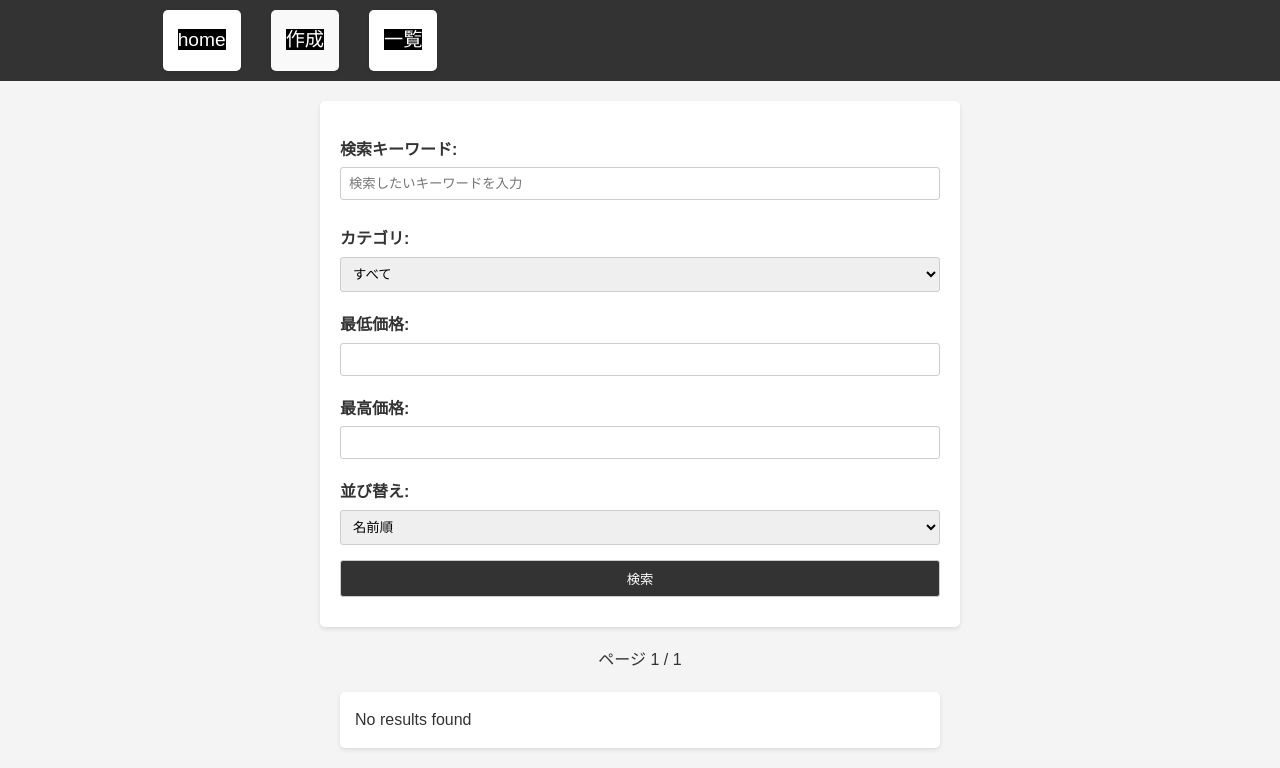
Repository: mamesuke7274/2024_kouki_kuwayamasyoutarou
Page: http://localhost/
An editor plug-in stored every save of this project. The page is shown before and after the next save, followed by the edit.
The browser window is 1280 px wide. The pictures show the whole page.
The page is served by the project's application, run on Django 4.2 (manage.py). Other server files are loaded and not shown. Queries for data that is not in the repository find no rows.

Above is the page before, as saved 2024-10-26 10:53:33.

### search_app/views.py
from django.shortcuts import render, get_object_or_404, redirect
from .models import Product, Category
from .forms import ProductForm, SearchForm
from django.core.paginator import Paginator

def product_create(request):
    if request.method == 'POST':
        form = ProductForm(request.POST)
        if form.is_valid():
            form.save()
            return redirect('product_list')
    else:
        form = ProductForm()
    return render(request, 'product_form.html', {'form': form})

def product_detail(request, pk):
    product = get_object_or_404(Product, pk=pk)

    return render(request, 'product_detail.html', {'product': product})

def product_update(request, pk):
    product = get_object_or_404(Product, pk=pk)
    if request.method == 'POST':
        form = ProductForm(request.POST, instance=product)
        if form.is_valid():
            form.save()
            return redirect('product_detail', pk=product.pk)
    else:
        form = ProductForm(instance=product)
    # product オブジェクトをテンプレートに渡す
    return  render(request,  'product_form.html',  {'form':  form,  'product': product})

def product_delete(request, pk):
    product = get_object_or_404(Product, pk=pk)
    if request.method == 'POST':
        product.delete()
        return redirect('product_list')
    return render(request, 'product_confirm_delete.html', {'product': product})

def product_list(request):
    products = Product.objects.all()
    print(products)
    return render(request, 'product_list.html', {'products': products})

def search_view(request):
    form = SearchForm(request.GET or None)
    results = Product.objects.all()  # クエリセットの初期化
    if form.is_valid():
        query = form.cleaned_data['query']
        if query:
            results = results.filter(name__icontains=query)
    # カテゴリフィルタリング
    category_name = request.GET.get('category')
    if category_name:
        try:
            # カテゴリ名に基づいてカテゴリIDを取得
            category = Category.objects.get(name=category_name)
            results = results.filter(category_id=category.id)
        except Category.DoesNotExist:
            results = results.none() # 存在しないカテゴリの場合、結果を空にする
            category = None

    # 価格のフィルタリング（最低価格・最高価格）
    min_price = request.GET.get('min_price')
    max_price = request.GET.get('max_price')
    if min_price:
        results = results.filter(price__gte=min_price)
    if max_price:
        results = results.filter(price__lte=max_price)

    # 並び替え処理
    sort_by = request.GET.get('sort', 'name')
    if sort_by == 'price_asc':
        results = results.order_by('price')
    elif sort_by == 'price_desc':
        results = results.order_by('-price')

    # クエリセットをリストに変換せず、直接Paginatorに渡す
    paginator = Paginator(results, 10)
    page_number = request.GET.get('page')
    page_obj = paginator.get_page(page_number)

    return render(request, 'search.html', {'form': form, 'page_obj': page_obj, 'results': results})

### search_app/templatetags/custom_filters.py
from django import template

register = template.Library()

@register.filter
def to(value):
    try:
        return range(1, value + 1)
    except TypeError:
        return []

### search_app/templates/search.html
<!DOCTYPE html>
<html lang="en">

<head>
    <meta charset="UTF-8">
    <meta name="viewport" content="width=device-width, initial-scale=1.0">
    <title>search_app</title>
</head>

<body>
    <style>
        /* 全体の基本スタイル */
        body {
            font-family: Arial, sans-serif;
            line-height: 1.6;
            margin: 0;
            padding: 0;
            background-color: #f4f4f4;
            color: #333;
        }

        header {
            background-color: #333;
            color: #fff;
            padding: 10px 0;
        }

        nav ul {
            list-style: none;
            padding: 0;
            display: flex;
            justify-content: center;
            margin: 0;
        }

        nav ul li {
            margin: 0 15px;
        }

        nav ul li a {
            color: #fff;
            text-decoration: none;
            font-size: 1.2em;
            transition: color 0.3s;
        }

        nav ul li a:hover {
            color: #ddd;
        }

        /* フォームスタイル */
        form {
            background: #fff;
            padding: 20px;
            margin: 20px auto;
            max-width: 600px;
            border-radius: 5px;
            box-shadow: 0 2px 4px rgba(0, 0, 0, 0.1);
        }

        form label {
            display: block;
            margin-top: 10px;
            font-weight: bold;
        }

        form input,
        form select,
        form button {
            width: 100%;
            padding: 8px;
            margin-top: 5px;
            margin-bottom: 10px;
            border: 1px solid #ccc;
            border-radius: 3px;
            box-sizing: border-box;
        }

        form button {
            background-color: #333;
            color: #fff;
            cursor: pointer;
            transition: background-color 0.3s;
        }

        form button:hover {
            background-color: #555;
        }

        /* ページネーションスタイル */
        .pagination {
            text-align: center;
            margin: 20px 0;
        }

        .pagination a {
            text-decoration: none;
            color: #333;
            margin: 0 5px;
            padding: 5px 10px;
            border: 1px solid #333;
            border-radius: 3px;
            transition: background-color 0.3s, color 0.3s;
        }

        .pagination a:hover {
            background-color: #333;
            color: #fff;
        }

        .pagination span {
            display: inline-block;
            margin: 0 5px;
        }

        /* 商品リストスタイル */
        ul {
            list-style: none;
            padding: 0;
            max-width: 600px;
            margin: 20px auto;
        }

        ul li {
            background: #fff;
            margin-bottom: 10px;
            padding: 15px;
            border-radius: 5px;
            box-shadow: 0 2px 4px rgba(0, 0, 0, 0.1);
        }

        ul li:nth-child(even) {
            background-color: #f9f9f9;
        }

        ul li:hover {
            background-color: #f0f0f0;
        }

        .nave a {
            background-color: #000;
        }
    </style>
    <header>
        <nav>
            <ul>
                <li class="nave"><a href="{% url 'search_view' %}">home</a></li>
                <li class="nave"><a href="{% url 'product_create' %}">作成</a></li>
                <li class="nave"><a href="{% url 'product_list' %}">一覧</a></li>
            </ul>
        </nav>
    </header>
    <form method="get">
        {{ form.as_p }}
        <label for="category">カテゴリ:</label>
        <select name="category">
            <option value="">すべて</option>
            <option value="books">本</option>
            <option value="electronics">電子機器</option>
        </select>
        <label for="min_price">最低価格:</label>
        <input type="number" name="min_price" min="0">
        <label for="max_price">最高価格:</label>
        <input type="number" name="max_price" min="0">
        <!-- 並び替えの選択 -->
        <label for="sort">並び替え:</label>
        <select name="sort">
            <option value="name">名前順</option>
            <option value="price_asc">価格が安い順</option>
            <option value="price_desc">価格が高い順</option>
        </select>
        <button type="submit">検索</button>
    </form>
    <div class="pagination">
        <span class="step-links">
            {% if page_obj.has_previous %}
            <a href="?page=1">最初</a>
            <a href="?page={{ page_obj.previous_page_number }}">前へ</a>
            {% endif %}
            <span>ページ {{ page_obj.number }} /
                {{ page_obj.paginator.num_pages }}</span>
            {% if page_obj.has_next %}
            <a href="?page={{ page_obj.next_page_number }}">次へ</a>
            <a href="?page={{ page_obj.paginator.num_pages }}">最後</a>
            {% endif %}
        </span>
    </div>
    <ul>
        {% for product in page_obj %}
        <li>{{ product.name }} - {{ product.price }}</li>
        {% empty %}
        <li>No results found</li>
        {% endfor %}
    </ul>



</body>

</html>

### search_app/forms.py
from django import forms
from .models import Product

class SearchForm(forms.Form):
    query = forms.CharField(
        label='検索キーワード',
        max_length=100,
        required=False,
        widget=forms.TextInput(attrs={'placeholder': '検索したいキーワードを入力'})
    )

class ProductForm(forms.ModelForm):
    class Meta:
        model = Product
        fields = ['name', 'description', 'price', 'category']

### search_project/urls.py
from django.contrib import admin
from django.urls import path,include

urlpatterns = [
    path('admin/', admin.site.urls),
    path('', include('search_app.urls')),
]

### search_app/urls.py
from django.urls import path
from . import views
urlpatterns = [
    path('', views.search_view, name='search'),
    path('search/', views.search_view, name='search_view'),
    path('product/new/', views.product_create, name='product_create'),
    path('product/<int:pk>/', views.product_detail, name='product_detail'),
    path('product/<int:pk>/edit/',  views.product_update, name='product_update'),
    path('product/<int:pk>/delete',  views.product_delete, name='product_delete'),
    path('product/', views.product_list, name='product_list'),
]

After the next save:
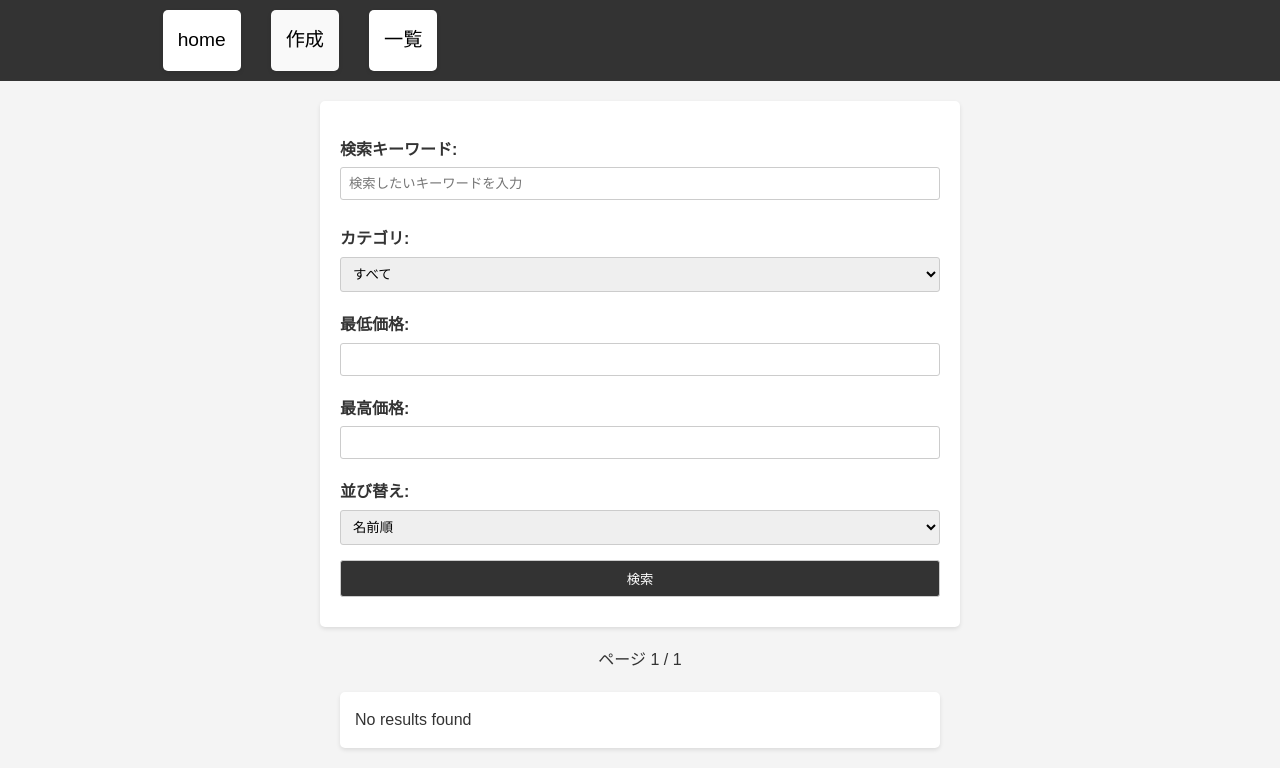
Saved 15 s later.
--- a/search_app/templates/search.html
+++ b/search_app/templates/search.html
@@ -138,7 +138,7 @@
         }
 
         .nave a {
-            background-color: #000;
+            color: #000;
         }
     </style>
     <header>
